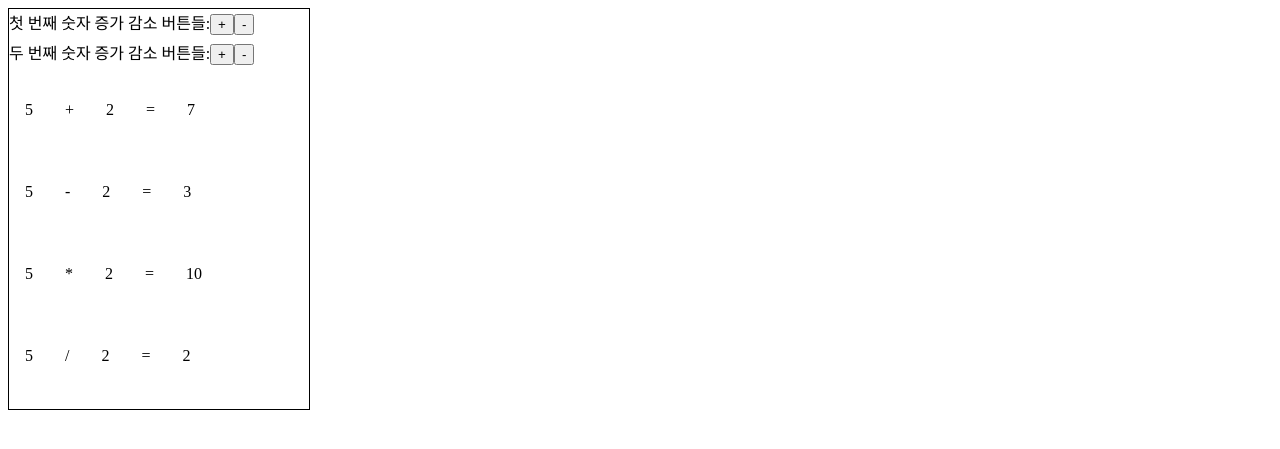
Repository: SeungYn/design-pattern
Page: mvc/index.html
The author's editor kept a copy of each file at every save. The page is drawn from the files as they stood at one save, then again after the next save.
The browser window is 1280 px wide. The pictures show the whole page.

Above is the page before, as saved 2023-05-11 01:41:37.

### mvc/index.html
<!DOCTYPE html>
<html lang="en">
  <head>
    <meta charset="UTF-8" />
    <meta http-equiv="X-UA-Compatible" content="IE=edge" />
    <meta name="viewport" content="width=device-width, initial-scale=1.0" />
    <title>CalcMVC</title>
    <script type="module" src="./dist/app.js"></script>
    <link rel="stylesheet" href="./style.css"></link>
  </head>
  <body>
    <div id="root" class="calc-board"></div>
  </body>
</html>

### mvc/dist/app.js
import { CALC as calc } from './mvc/calc_view.js';
new calc.mvc.CalcView(document.querySelector('#root'));

### mvc/style.css
.calc-board {
  width: 300px;
  height: 400px;
  border: 1px solid black;
}

.calc-board__expression {
  display: flex;
}

.calc-board__expression p {
  padding: 1rem;
}

.calc-board__button-group {
  display: flex;
  align-items: center;
  line-height: 30px;
}

### mvc/dist/mvc/calc_view.js
import Expression from './components/Expression.js';
import Button from './components/Button.js';
export var CALC;
(function (CALC) {
    var mvc;
    (function (mvc) {
        let PADDING = 30;
        let COLUMN_WIDTH = 60;
        let ROW_HEIGHT = 24;
        let BUTTON_SIZE = 24;
        class CalcView {
            constructor(root) {
                this.root = root;
                //버튼 컴포넌트 생성
                const firstIncreaseButton = new Button('+', () => {
                    console.log('firstIncreaseButton');
                });
                const firstDecreaseButton = new Button('-', () => {
                    console.log('firstDecreaseButton');
                });
                const secondIncreaseButton = new Button('+', () => {
                    console.log('secondIncreaseButton');
                });
                const secondDecreaseButton = new Button('-', () => {
                    console.log('secondDecreaseButton');
                });
                //버튼 그룹 컴포넌트에 장착해주기
                this.firstButtonGroup = this.makeButtonGroup(firstIncreaseButton.element, firstDecreaseButton.element, '첫 번째 숫자 증가 감소 버튼들: ');
                this.secondButtonGroup = this.makeButtonGroup(secondIncreaseButton.element, secondDecreaseButton.element, '두 번째 숫자 증가 감소 버튼들: ');
                //+, -, /, * 연산자별 식 생성
                this.plusExpression = new Expression({
                    oper: '+',
                    firstNumber: 5,
                    secondNumber: 2,
                    result: 7,
                });
                this.minusExpression = new Expression({
                    oper: '-',
                    firstNumber: 5,
                    secondNumber: 2,
                    result: 3,
                });
                this.multiExpression = new Expression({
                    oper: '*',
                    firstNumber: 5,
                    secondNumber: 2,
                    result: 10,
                });
                this.diviExpression = new Expression({
                    oper: '/',
                    firstNumber: 5,
                    secondNumber: 2,
                    result: 2,
                });
                //렌더링 해주기
                this.render();
            }
            makeButtonGroup(plusBtn, minusBtn, text) {
                const div = document.createElement('div');
                const content = document.createTextNode(text);
                div.append(content);
                div.append(plusBtn);
                div.append(minusBtn);
                div.setAttribute('class', 'calc-board__button-group');
                return div;
            }
            render() {
                this.root.append(this.firstButtonGroup);
                this.root.append(this.secondButtonGroup);
                this.root.append(this.plusExpression.element);
                this.root.append(this.minusExpression.element);
                this.root.append(this.multiExpression.element);
                this.root.append(this.diviExpression.element);
            }
        }
        mvc.CalcView = CalcView;
    })(mvc = CALC.mvc || (CALC.mvc = {}));
})(CALC || (CALC = {}));

### mvc/dist/mvc/components/Expression.js
export default class Expression {
    constructor({ oper, firstNumber, secondNumber, result }) {
        const div = document.createElement('div');
        div.setAttribute('class', 'calc-board__expression');
        div.innerHTML = `
			<p>${firstNumber}</p>
			<p>${oper}</p>
			<p>${secondNumber}</p>
			<p>=</p>
			<p>${result}</p>
		`;
        this.element = div;
    }
}

### mvc/dist/mvc/components/Button.js
export default class Button {
    constructor(text, listener) {
        const button = document.createElement('button');
        button.innerText = text;
        button.setAttribute('button', 'class');
        button.addEventListener('click', () => listener());
        this.element = button;
    }
}

After the next save:
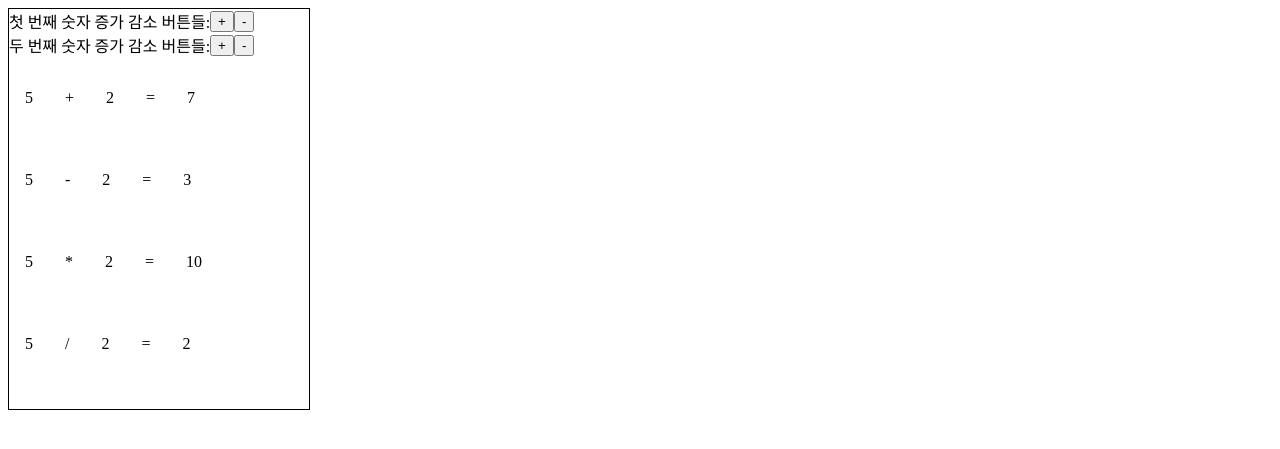
Saved 24 s later.
--- a/mvc/style.css
+++ b/mvc/style.css
@@ -15,5 +15,5 @@
 .calc-board__button-group {
   display: flex;
   align-items: center;
-  line-height: 30px;
+  text-align: center;
 }
